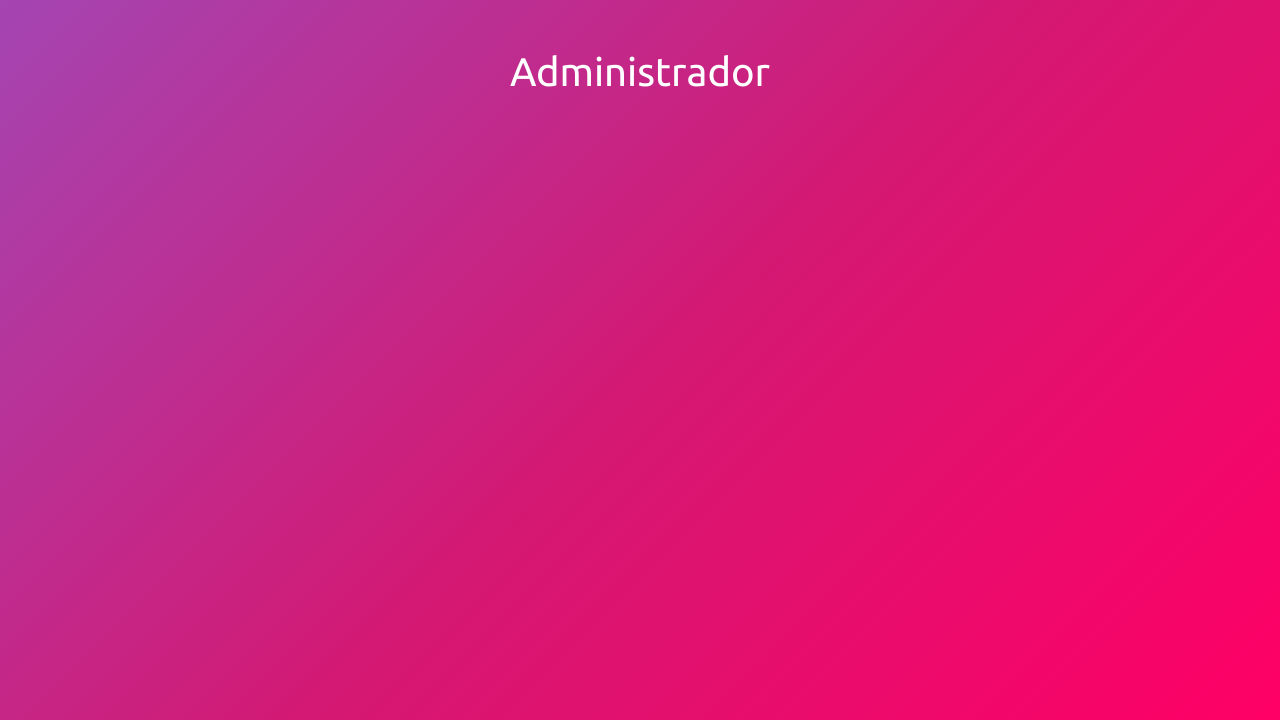
Repository: harrycampaz/react-veterinario-form
Page: /
These files come from the project's save history. The page is drawn as it stood at one moment and after the next save; the edit follows.
The browser window is 1280 px wide. The pictures show the whole page.
The project was rebuilt for these pictures with package versions that can differ from the ones it lists, and the page was loaded fresh each time.

Above is the page before, as saved 2020-01-16 14:05:36.

### src/App.js
import React, { Component} from 'react';
import './bootstrap.min.css'
import Header from './components/ui/Header'


class App extends Component {
  state = {  }
  render() {
    return (
      <div class="container">
        <Header titulo = "Administrador"/>
      </div>
     );
  }
}

export default App;

### src/components/ui/Header.js
import React from 'react';

const Header = ({titulo}) => {
    return (
      <header>
<h1 className="text-center"> {titulo}</h1>
      </header>
    );
};

export default Header;

### src/components/layout/NuevaCita.js
import React, { Component } from "react";

class NuevaCita extends Component {
  render() {
    return (
      <div className="card mt-5 py-5">
        <div className="card-body">
          <h2> Crear una nueva cita</h2>
        </div>

        <form>
          <div class="form-group row">
            <label for="nombre">Nombre mascota</label>
            <input
              type="text"
              className="form-control"
              name="mascota"
              id=""
              aria-describedby="emailHelpId"
              placeholder="Nombre de mascota"
            />
            <small id="emailHelpId" class="form-text text-muted">
              Help text
            </small>
          </div>
        </form>
      </div>
    );
  }
}

export default NuevaCita;

Loaded but not shown: public/index.html (common file); src/index.js (common file); src/index.css (common file); src/serviceWorker.js (common file); src/bootstrap.min.css (library)

After the next save:
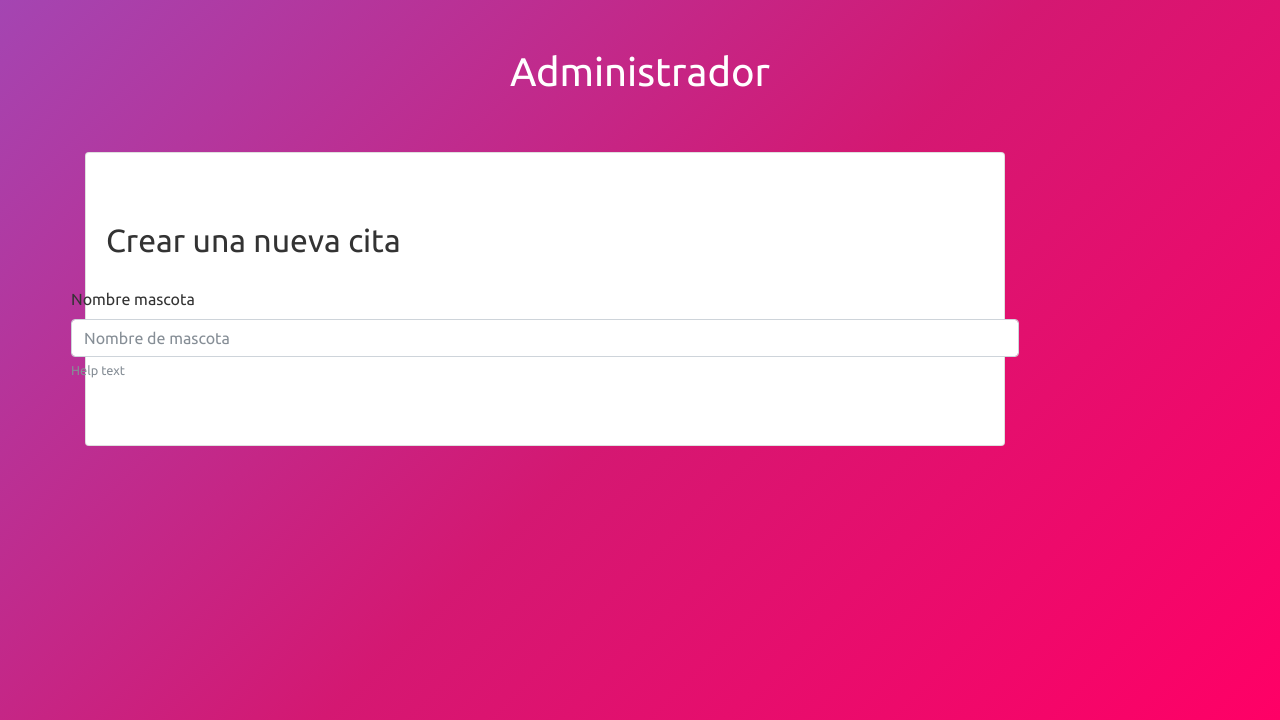
Saved 102 s later.
--- a/src/App.js
+++ b/src/App.js
@@ -1,6 +1,7 @@
 import React, { Component} from 'react';
 import './bootstrap.min.css'
 import Header from './components/ui/Header'
+import NuevaCita from './components/layout/NuevaCita';
 
 
 class App extends Component {
@@ -9,6 +10,12 @@ class App extends Component {
     return (
       <div class="container">
         <Header titulo = "Administrador"/>
+
+        <div className="row">
+          <div className = "col-md-10 max-auto">
+<NuevaCita/>
+          </div>
+        </div>
       </div>
      );
   }
